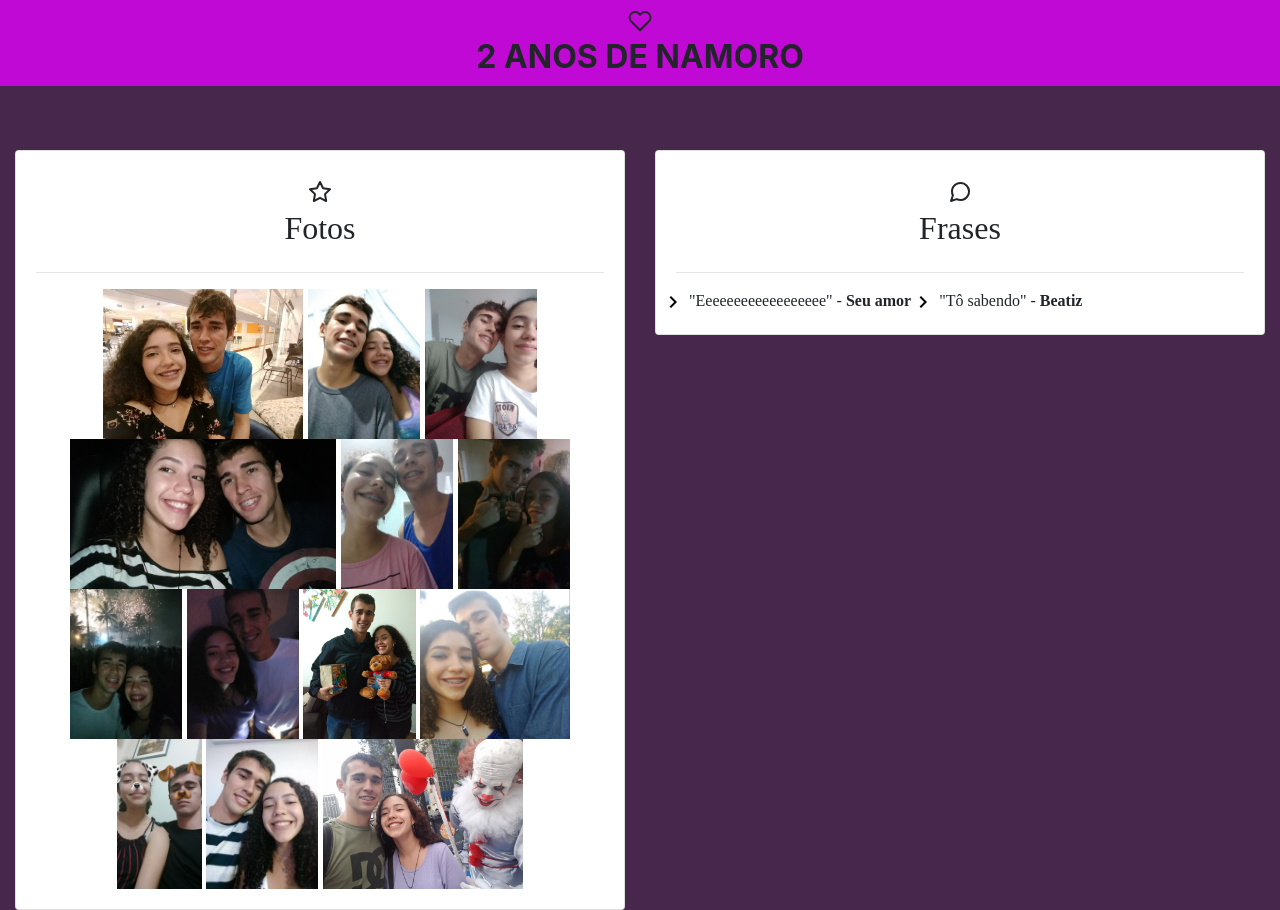
Repository: MeuAmor/meuamor.github.io
Page: index.html
An editor plug-in stored every save of this project. The page is shown before and after the next save, followed by the edit.
The browser window is 1280 px wide. The pictures show the whole page.

Above is the page before, as saved 2019-08-20 23:20:21.

### index.html
<!DOCTYPE html>
<html lang="pt">
<head>
  <title>2 ANOS</title>
  <meta charset="utf-8">
  <meta name="viewport" content="width=device-width, initial-scale=1">
  <link rel="stylesheet" href="assets/css/bootstrap4.1/bootstrap.min.css">
  <script src="assets/js/jquery.3.3.1.min.js"></script>
  <script src="assets/js/bootstrap4.1/popper.min.js"></script>
	<script src="assets/js/bootstrap4.1/bootstrap.min.js"></script>
	<!-- <style>
			hr {
				margin-top: 1rem;
				margin-bottom: 1rem;
				border: 5;
				border-top: 1px solid rgba(0, 0, 0, 0.1);
			}
		</style> -->
</head>
<body class="container-fluid">


	<div class="row" style="background:#c109d6">
		<div class="col-md-12 text-left">
			<h2>
                <!-- <svg xmlns="http://www.w3.org/2000/svg" width="24" height="24" viewBox="0 0 24 24" fill="none" stroke="currentColor"
                        stroke-width="2" stroke-linecap="round" stroke-linejoin="round" class="feather feather-heart">
                    <path d="M20.84 4.61a5.5 5.5 0 0 0-7.78 0L12 5.67l-1.06-1.06a5.5 5.5 0 0 0-7.78 7.78l1.06 1.06L12 21.23l7.78-7.78 1.06-1.06a5.5 5.5 0 0 0 0-7.78z"/>
                </svg> -->
                <div class="text-center">

                    <svg xmlns="http://www.w3.org/2000/svg" width="24" height="24" viewBox="0 0 24 24" fill="none" stroke="currentColor"
                            stroke-width="2" stroke-linecap="round" stroke-linejoin="round" class="feather feather-heart">
                        <path d="M20.84 4.61a5.5 5.5 0 0 0-7.78 0L12 5.67l-1.06-1.06a5.5 5.5 0 0 0-7.78 7.78l1.06 1.06L12 21.23l7.78-7.78 1.06-1.06a5.5 5.5 0 0 0 0-7.78z"/>
                    </svg>
                </div>
                <div class="text-center" >

                    <b>2 ANOS DE NAMORO </b>
                </div>
            </h2>
		</div>
		<div class="col-md-6 " id="redes_sociais">
			<!-- <a style="margin:10px;" class="btn btn-info btn-xs float-right" href="http://www.linkedin.com/in/leonardo-bernardes-da-silva-a8869b132">
				<svg xmlns="http://www.w3.org/2000/svg" width="24" height="24" viewBox="0 0 24 24" fill="none" stroke="currentColor" stroke-width="2" stroke-linecap="round" stroke-linejoin="round" class="feather feather-linkedin">
					<path d="M16 8a6 6 0 0 1 6 6v7h-4v-7a2 2 0 0 0-2-2 2 2 0 0 0-2 2v7h-4v-7a6 6 0 0 1 6-6z"></path><rect x="2" y="9" width="4" height="12"></rect>
					<circle cx="4" cy="4" r="2"></circle></svg>	LinkedIn</a>
				<a style="margin:10px;" class="btn btn-primary btn-xs float-right" href="http://www.facebook.com/lezinho.bernardes">
					<svg xmlns="http://www.w3.org/2000/svg" width="24" height="24" viewBox="0 0 24 24" fill="none" stroke="currentColor" stroke-width="2" stroke-linecap="round" stroke-linejoin="round" class="feather feather-facebook">
						<path d="M18 2h-3a5 5 0 0 0-5 5v3H7v4h3v8h4v-8h3l1-4h-4V7a1 1 0 0 1 1-1h3z"></path>
					</svg>
					LinkedIn
				</a>  -->
		</div>


</div>
<div class="row" style="background:#48274c;min-height: 500px;">

	<!-- <hr> -->
	<!-- <p style="margin: 10px;">
		<a class="btn btn-dark" data-toggle="collapse" href="#multiCollapseExample1" role="button" aria-expanded="false" aria-controls="multiCollapseExample1">Toggle first element</a>
		<button class="btn btn-dark" type="button" data-toggle="collapse" data-target="#multiCollapseExample2" aria-expanded="false" aria-controls="multiCollapseExample2">Toggle second element</button>
		<button class="btn btn-dark" type="button" data-toggle="collapse" data-target=".multi-collapse" aria-expanded="false" aria-controls="multiCollapseExample1 multiCollapseExample2">Toggle both elements</button> -->
	<!-- </p> -->


	<div class="col-md-6" style="margin-top: 5%;">
		<div class="card card-body">
            <h2>
                <div class="text-center">

                    <svg xmlns="http://www.w3.org/2000/svg" width="24" height="24" viewBox="0 0 24 24"
                        fill="none" stroke="currentColor" stroke-width="2" stroke-linecap="round" stroke-linejoin="round"
                        class="feather feather-star">
                        <polygon points="12 2 15.09 8.26 22 9.27 17 14.14 18.18 21.02 12 17.77 5.82 21.02 7 14.14 2 9.27 8.91 8.26 12 2"/>
                    </svg>
                </div>
                <div class="text-center" style="font-family: 'Times New Roman', Times, serif">

                    Fotos
                </div>
            </h2>
            <hr>
            <div>

                <!-- <svg xmlns="http://www.w3.org/2000/svg" width="24" height="24" viewBox="0 0 24 24">
                    <path d="M8.59 16.59L13.17 12 8.59 7.41 10 6l6 6-6 6-1.41-1.41z"/>
                    <path fill="none" d="M0 0h24v24H0V0z"/>
                </svg>
                Primeira foto juntos<br> -->
                <div class="text-center">
                    <img src="imagens/primeira_foto.jpg" alt="Primeira Foto" height="150px;">
                    <img src="imagens/terceira_foto.jpg" alt="Terceira Foto" height="150px;">
                    <img src="imagens/quarta_foto.jpg" alt="Quarta Foto" height="150px;">
                    <img src="imagens/2.jpg" alt="" height="150px;">
                    <img src="imagens/3.jpg" alt="" height="150px;">
                    <img src="imagens/4.jpg" alt="" height="150px;">
                    <img src="imagens/segunda_foto.jpg" alt="Segunda Foto" height="150px;">
                    <img src="imagens/5.jpg" alt="" height="150px;">
                    <img src="imagens/6.jpg" alt="" height="150px;">
                    <img src="imagens/7.jpg" alt="" height="150px;">
                    <img src="imagens/8.jpg" alt="" height="150px;">
                    <img src="imagens/10.jpg" alt="" height="150px;">
                    <img src="imagens/9.jpg" alt="" height="150px;">
                </div>
            </div>
		</div>
	</div>
	<div class="col-md-6" style="margin-top: 5%;margin-bottom: 5%;">
		<div class="card card-body">
            <h2 style="text-align:center;">
                <div class="text-center">

                    <svg xmlns="http://www.w3.org/2000/svg" width="24" height="24" viewBox="0 0 24 24" fill="none" stroke="currentColor" stroke-width="2" stroke-linecap="round" stroke-linejoin="round" class="feather feather-message-circle">
                    <path d="M21 11.5a8.38 8.38 0 0 1-.9 3.8 8.5 8.5 0 0 1-7.6 4.7 8.38 8.38 0 0 1-3.8-.9L3 21l1.9-5.7a8.38 8.38 0 0 1-.9-3.8 8.5 8.5 0 0 1 4.7-7.6 8.38 8.38 0 0 1 3.8-.9h.5a8.48 8.48 0 0 1 8 8v.5z"/></svg>
                </div>
                <div class="text-center" style="font-family: 'Times New Roman', Times, serif">
                    Frases
                </div>
            </h2>
			<hr>
            <div class="row" style="font-family: 'Times New Roman', Times, serif">
                    <div>

                        <svg xmlns="http://www.w3.org/2000/svg" width="24" height="24" viewBox="0 0 24 24">
                            <path d="M8.59 16.59L13.17 12 8.59 7.41 10 6l6 6-6 6-1.41-1.41z"/>
                            <path fill="none" d="M0 0h24v24H0V0z"/>
                        </svg>
                        "Eeeeeeeeeeeeeeeeee" - <b> Seu amor</b>
                    </div>
                    <div>
                        <svg xmlns="http://www.w3.org/2000/svg" width="24" height="24" viewBox="0 0 24 24">
                            <path d="M8.59 16.59L13.17 12 8.59 7.41 10 6l6 6-6 6-1.41-1.41z"/>
                            <path fill="none" d="M0 0h24v24H0V0z"/>
                        </svg>
                        "Tô sabendo" - <b>Beatiz </b><br>

                    </div>
            </div>
        </div>

	</div>

</div>
</body>
</html>

Loaded but not shown: assets/css/bootstrap4.1/bootstrap.min.css (library); assets/js/jquery.3.3.1.min.js (library); assets/js/bootstrap4.1/popper.min.js (library); assets/js/bootstrap4.1/bootstrap.min.js (library)

After the next save:
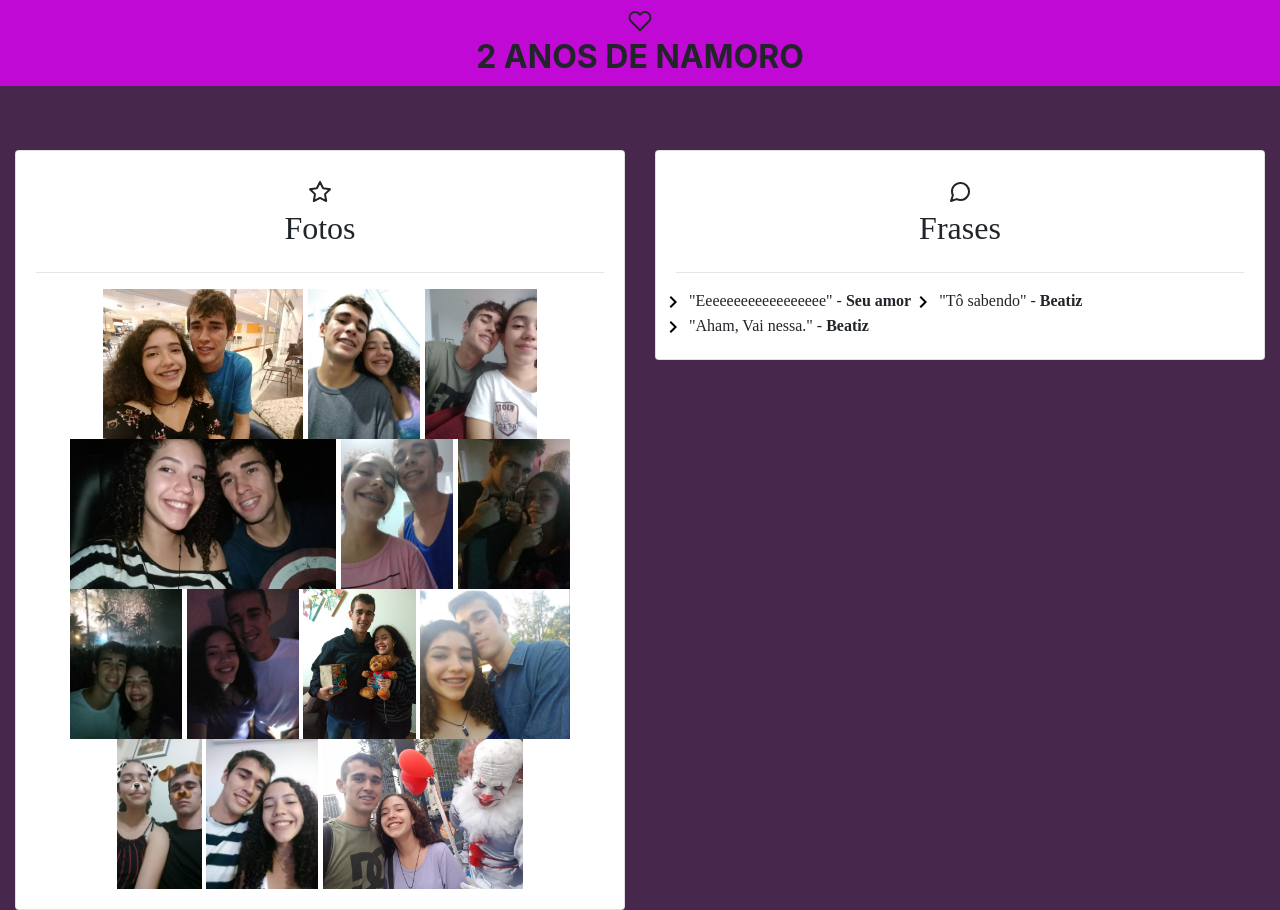
Saved 30 s later.
--- a/index.html
+++ b/index.html
@@ -137,6 +137,14 @@
                         "Tô sabendo" - <b>Beatiz </b><br>
 
                     </div>
+                    <div>
+                            <svg xmlns="http://www.w3.org/2000/svg" width="24" height="24" viewBox="0 0 24 24">
+                                <path d="M8.59 16.59L13.17 12 8.59 7.41 10 6l6 6-6 6-1.41-1.41z"/>
+                                <path fill="none" d="M0 0h24v24H0V0z"/>
+                            </svg>
+                            "Aham, Vai nessa." - <b>Beatiz </b><br>
+
+                        </div>
             </div>
         </div>
 
